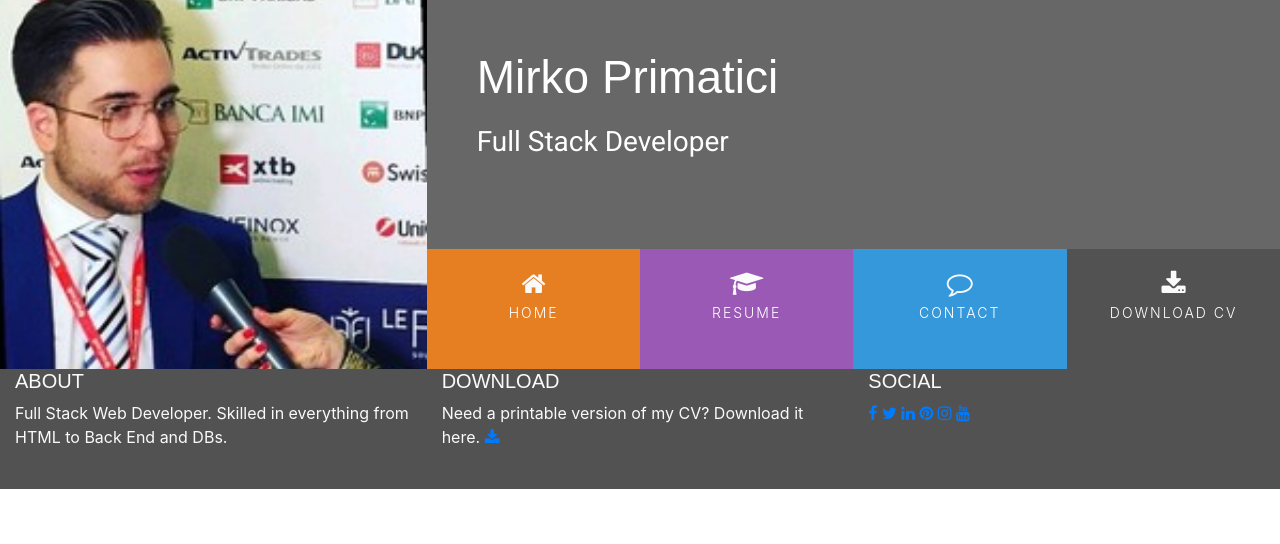
Repository: mirkoprimaticix/Resume
Page: index.html
The author's editor kept a record of every edit. The page is drawn from the files as they stood at one moment, then again after the next edit.
The browser window is 1280 px wide. The pictures show the whole page.
Some web libraries are served in a nearby version.

Above is the page before.
Console error: TypeError: Cannot read properties of undefined (reading 'fn')

### index.html
<!DOCTYPE html>
<html lang="en">
<head>
    <meta charset="UTF-8">
    <meta name="viewport" content="width=device-width, initial-scale=1.0">
    <meta http-equiv="X-UA-Compatible" content="ie=edge">
    <link rel="stylesheet" href="https://stackpath.bootstrapcdn.com/bootstrap/4.3.1/css/bootstrap.min.css" integrity="sha384-ggOyR0iXCbMQv3Xipma34MD+dH/1fQ784/j6cY/iJTQUOhcWr7x9JvoRxT2MZw1T" crossorigin="anonymous">
    <script src="https://stackpath.bootstrapcdn.com/bootstrap/4.3.1/js/bootstrap.min.js" integrity="sha384-JjSmVgyd0p3pXB1rRibZUAYoIIy6OrQ6VrjIEaFf/nJGzIxFDsf4x0xIM+B07jRM" crossorigin="anonymous"></script>
    <link rel="stylesheet" href="https://stackpath.bootstrapcdn.com/font-awesome/4.7.0/css/font-awesome.min.css" type="text/css" />
    <link rel="stylesheet" href="https://cdnjs.cloudflare.com/ajax/libs/hover.css/2.1.1/css/hover-min.css" type="text/css" />
    <link rel="stylesheet" href="assets/css/style.css" type="text/css" />
    <title>Mirko</title>
</head>
<body>
    <header>
        <div class = "row no-gutters">
            <a href="index.html" class = "col-md-4 logo">

            </a>
            <div class="col-md-8">
                <div class="row no-gutters bg-color-name-title">
                    <div class="col heading">
                        <h1 class="name">Mirko Primatici</h1>
                        <h2 class="title"> Full Stack Developer</h2>
                    </div>
                </div>
                <div class="row no-gutters">
                    <div class="col">
                        <ul id="nav" class="list-inline menucontainer">
                            <li class="col-6 col-sm-3 list-inline-item ui-menu-color-home menuitem">
                                <a href="#" class="hvr-sweep-to-bottom"><i class="fa fa-home" aria-hidden="true"></i><span>Home</span></a>
                            </li>
                            <li class="col-6 col-sm-3 list-inline-item ui-menu-color-resume menuitem">
                                <a href="#" class="hvr-sweep-to-bottom"><i class="fa fa-graduation-cap" aria-hidden="true"></i><span>Resume</span></a>
                            </li>
                            <li class="col-6 col-sm-3 list-inline-item ui-menu-color-contact menuitem">
                                <a href="#" class="hvr-sweep-to-bottom"><i class="fa fa-comment-o" aria-hidden="true"></i><span>Contact</span></a>
                            </li>
                            <li class="col-6 col-sm-3 list-inline-item ui-menu-color-download menuitem">
                                <a href="#" class="hvr-sweep-to-bottom"><i class="fa fa-download" aria-hidden="true"></i><span>Download CV</span></a>
                            </li>
                        </ul>
                    </div>
                </div>
            </div>
        </div>
    </header>
    <section>

    </section>
    <footer class="container-fluid">
        <div id="footer-details" class="row">
            <div class="col-sm-4">
                <h5 class="uppercase general-sub">About</h5>
                <p class="inline-block">
                    Full Stack Web Developer. Skilled in everything from HTML to Back End and DBs.
                </p>
            </div>
            <div class="col-sm-4">
                <h5 class="uppercase general-sub">Download</h5>
                <p class="inline-block">
                    Need a printable version of my CV? Download it here.
                    <a href="#" target="_blank" class="cv-pdf">
                        <i class="fa fa-download" aria-hidden="true"></i>
                        <span class="sr-only">Download link.</span>
                    </a>
                </p>
            </div>
            <div class="col-sm-4">
                <h5 class="uppercase general-sub">Social</h5>
                <ul class="list-inline social-links">
                    <li class="list-inline-item">
                        <a target="_blank" href="#">
                            <i class="fa fa-facebook" aria-hidden="true"></i>
                            <span class="sr-only">Facebook</span>
                        </a>
                    </li>
                    <li class="list-inline-item">
                        <a target="_blank" href="#">
                            <i class="fa fa-twitter" aria-hidden="true"></i>
                            <span class="sr-only">Twitter</span>
                        </a>
                    </li>
                    <li class="list-inline-item">
                        <a target="_blank" href="#">
                            <i class="fa fa-linkedin" aria-hidden="true"></i>
                            <span class="sr-only">LinkedIn</span>
                        </a>
                    </li>
                    <li class="list-inline-item">
                        <a target="_blank" href="#">
                            <i class="fa fa-pinterest" aria-hidden="true"></i>
                            <span class="sr-only">Pinterest</span>
                        </a>
                    </li>
                    <li class="list-inline-item">
                        <a target="_blank" href="#">
                            <i class="fa fa-instagram" aria-hidden="true"></i>
                            <span class="sr-only">Instagram</span>
                        </a>
                    </li>
                    <li class="list-inline-item">
                        <a target="_blank" href="#">
                            <i class="fa fa-youtube" aria-hidden="true"></i>
                            <span class="sr-only">YouTube</span>
                        </a>
                    </li>
                </ul>
            </div>
        </div>
    </footer>

</body>
</html>

### assets/css/style.css
@import url('https://fonts.googleapis.com/css?family=Roboto&display=swap:100,200,300,400,500,600,700|Exo:100,200,300,400,500,600,700');
/*---------------------------------COLORS*/
.bg-color-name-title {
    background-color: #676767;
}

.ui-menu-color-home {
    background-color: #e67e22;
}

.ui-menu-color-resume {
    background-color: #9b59b6;
}

.ui-menu-color-contact {
    background-color: #3498db;
}

.ui-menu-color-download {
    background-color: #525252;
}

/* ----------------------------------------Special paddings/margins/text */

h1,
h2,
h3,
h4 {
    margin: 0;
}

.uppercase {
    text-transform: uppercase;
}

.general-sub {
    font-family: "Exo", sans-serif;
    font-weight: 300;
    color: #fafafa;
}

.inline-block {
    display: inline-block;
}

/*--------------------------------------------Heading*/

header {
    margin: 0;
}

.heading {
    margin-left: 50px;
}

.logo {
    background: url("../images/mirkop.jpeg");
    background-position: center;
    background-repeat: no-repeat;
    background-size: cover;
    min-height: 360px;
    transition: all .5s ease-in-out;
    -moz-transition: all .5s ease-in-out;
    -webkit-transition: all .5s ease-in-out;
}

.name {
    font-family: "Exo", sans-serif;
    font-weight: 100;
    font-size: 46px;
    margin-top: 50px;
    color: #fff;
}

.title {
    font-family: "Roboto", sans-serif;
    font-weight: 200;
    font-size: 28px;
    margin-top: 20px;
    margin-bottom: 90px;
    color: #fff;
}

.list-inline-item:not(:last-child) {
    margin: 0;
}

.menucontainer {
    font-size: 0;
}

#nav {
    margin: 0;
}

#nav li {
    font-size: 14px;
    padding: 0;
}

.menuitem {
    height: 120px;
    text-align: center;
    padding: 0;
}

.menuitem a {
    width: 100%;
    text-decoration: none;
    color: #fff;
    height: 120px;
}

.menuitem a i {
    padding-top: 22px;
    display: block;
    color: #fafafa;
    font-size: 26px;
}

.menuitem span {
    display: block;
    width: 100%;
    padding-top: 5px;
    text-align: center;
    text-transform: uppercase;
    font-size: 14px;
    font-weight: 300;
    letter-spacing: 2px;
}

/*---------------------------------HooverCss*/

.hvr-sweep-to-bottom:before {
    background: rgba(0, 0, 0, 0.2);
    height: 120px;
}


/*---------------------------------Footer*/

footer {
    background-color: #525252;
    color: #fafafa;
    min-height: 120px;
    margin: 0;
}

After the next edit:
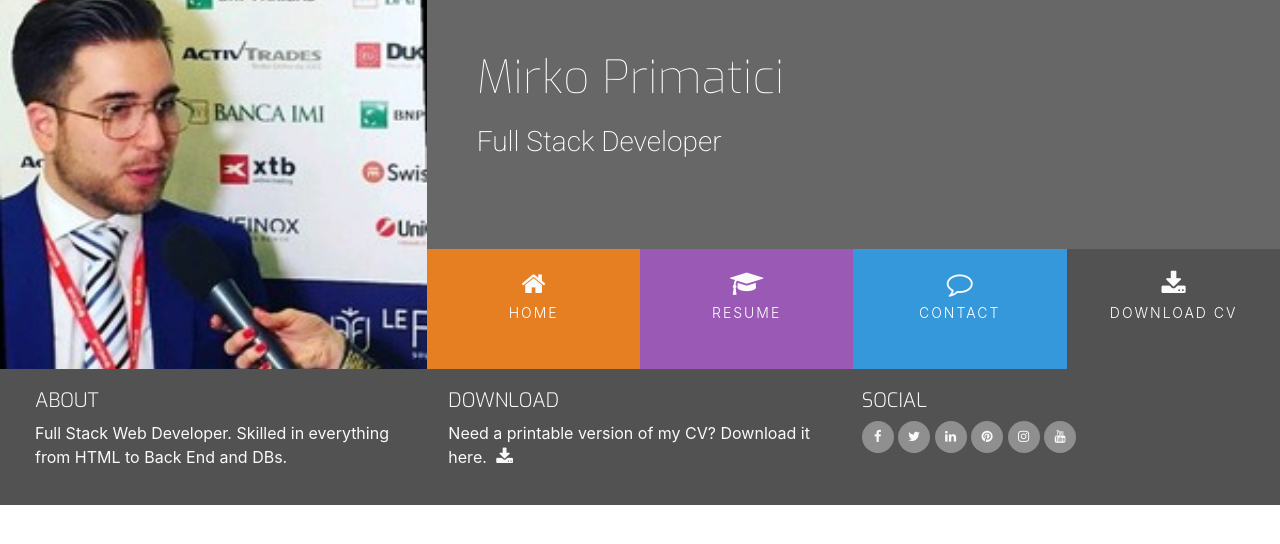
The edit:
--- a/assets/css/style.css
+++ b/assets/css/style.css
@@ -1,9 +1,15 @@
-@import url('https://fonts.googleapis.com/css?family=Roboto&display=swap:100,200,300,400,500,600,700|Exo:100,200,300,400,500,600,700');
-/*---------------------------------COLORS*/
+@import url('https://fonts.googleapis.com/css?family=Roboto:100,200,300,400,500,600,700|Exo:100,200,300,400,500,600,700');
+
+/*--------------------------------------------Colors*/
+
 .bg-color-name-title {
     background-color: #676767;
 }
 
+.bg-color-three-reasons {
+    background-color: #fff;
+}
+
 .ui-menu-color-home {
     background-color: #e67e22;
 }
@@ -18,6 +24,23 @@
 
 .ui-menu-color-download {
     background-color: #525252;
+}
+
+.row-table {
+    display: table;
+}
+
+.section-column {
+    display: table-cell;
+    padding: 0 30px 30px;
+    float: none;
+}
+
+.section-heading {
+    font-family: "Exo", sans-serif;
+    font-weight: 300;
+    margin-top: 25px;
+    margin-bottom: 40px;
 }
 
 /* ----------------------------------------Special paddings/margins/text */
@@ -41,6 +64,23 @@
 
 .inline-block {
     display: inline-block;
+}
+
+.row-table {
+    display: table;
+}
+
+.section-column {
+    display: table-cell;
+    padding: 0 30px 30px;
+    float: none;
+}
+
+.section-heading {
+    font-family: "Exo", sans-serif;
+    font-weight: 300;
+    margin-top: 25px;
+    margin-bottom: 40px;
 }
 
 /*--------------------------------------------Heading*/
@@ -89,13 +129,13 @@
     font-size: 0;
 }
 
-#nav {
-    margin: 0;
-}
-
 #nav li {
     font-size: 14px;
     padding: 0;
+}
+
+#nav {
+    margin: 0;
 }
 
 .menuitem {
@@ -129,15 +169,14 @@
     letter-spacing: 2px;
 }
 
-/*---------------------------------HooverCss*/
+/*--------------------------------------------Hover.css*/
 
 .hvr-sweep-to-bottom:before {
     background: rgba(0, 0, 0, 0.2);
     height: 120px;
 }
 
-
-/*---------------------------------Footer*/
+/* ----------------------------------------Footer */
 
 footer {
     background-color: #525252;
@@ -145,3 +184,57 @@
     min-height: 120px;
     margin: 0;
 }
+
+.cv-pdf i {
+    font-size: 18px;
+    color: #fafafa;
+    text-align: center;
+    padding-left: 5px;
+    transition: all 0.35s ease-in-out;
+    -moz-transition: all 0.35s ease-in-out;
+    -webkit-transition: all 0.35s ease-in-out;
+    -o-transition: all 0.35s ease-in-out;
+}
+
+.cv-pdf i:hover {
+    color: #e84610;
+}
+
+.social-links {
+    padding-bottom: 15px;
+}
+
+.social-links li a i {
+    width: 32px;
+    height: 32px;
+    padding: 12px 0;
+    border-radius: 50%;
+    font-size: 13px;
+    line-height: 7px;
+    text-align: center;
+    color: #fafafa;
+    background: #8f8f8f;
+    transition: all 0.35s ease-in-out;
+    -moz-transition: all 0.35s ease-in-out;
+    -webkit-transition: all 0.35s ease-in-out;
+    -o-transition: all 0.35s ease-in-out;
+}
+
+.social-links li a i:hover {
+    background: #e84610;
+}
+
+#footer-details {
+    padding: 20px;
+}
+
+/* ----------------------------------------Three Reasons */
+
+.three-reasons-icon {
+    font-size: 26px;
+    color: #e67e22;
+}
+
+.three-reasons-heading {
+    margin-bottom: 15px;
+}
